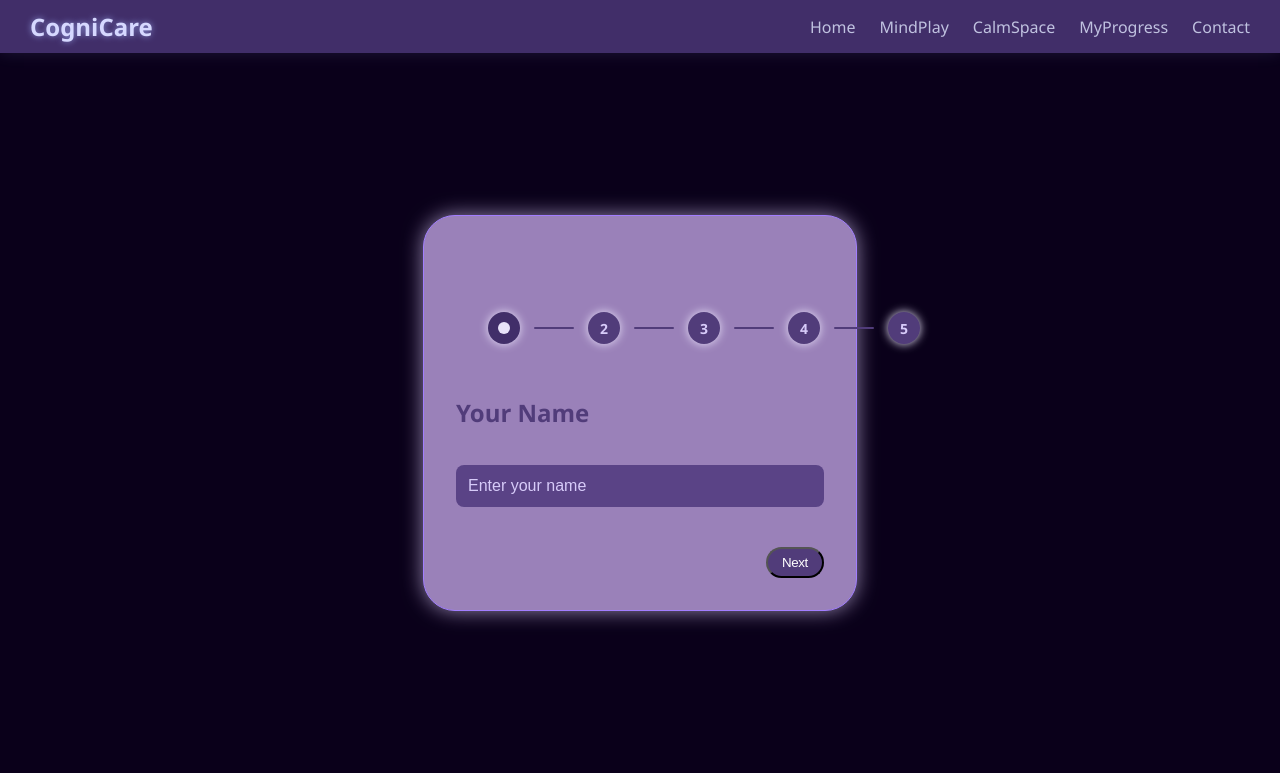
Repository: rujularaut/CogniCare
Page: /signup
These files come from the project's save history. The page is drawn as it stood at one moment and after a run of saves; the edit follows.
The browser window is 1280 px wide. The pictures show the whole page.
The project was rebuilt for these pictures with package versions that can differ from the ones it lists, and the page was loaded fresh each time. Also part of the build but not shown: src/components/Welcome.css, src/components/Welcome.js, src/components/Particles.css, src/components/Particles.js, src/components/Meditation.css, src/components/Meditation.js, src/components/Signup.css, src/components/Signup.js and 2 more.

Above is the page before, as saved 2025-06-24 15:30:49.

### src/App.js
import React from 'react';
import { BrowserRouter as Router, Routes, Route } from 'react-router-dom';
import './App.css';
import Welcome from './components/Welcome';
import Meditation from './components/Meditation';
import Signup from './components/Signup'; // ✅ Confirm this file exists
import Login from './components/Login';
import SignupStepper from './components/SignupStepper';

function App() {
  return (
    <Router>
      <div className="App">
        <nav>
          <div className="logo">CogniCare</div>
          <ul>
            <li><a href="/">Home</a></li>
            <li><a href="#">MindPlay</a></li>
            <li><a href="#">CalmSpace</a></li>
            <li><a href="#">MyProgress</a></li>
            <li><a href="#">Contact</a></li>
          </ul>
        </nav>

        <Routes>
          <Route path="/" element={
            <>
              <header>
                <h1>Welcome to CogniCare</h1>
                <p>Your mental health companion</p>
              </header>
              <Welcome />
              <Meditation />
            </>
          } />
          <Route path="/signup" element={<SignupStepper />} />
          <Route path="/signup" element={<Signup />} />
          <Route path="/login" element={<Login />} />
        </Routes>
      </div>
    </Router>
  );
}

export default App;

### src/App.css
body {
  margin: 0;
  padding: 0;
  font-family: 'Segoe UI', sans-serif;
  background-color: #0a001a;
  color: #d6d8ff;
}

nav {
  background-color: #412e69;
  color: #d6d8ff;
  display: flex;
  justify-content: space-between;
  align-items: center;
  padding: 10px 30px;
  box-shadow: 0 0 15px #a9b0ff20;
}

.logo {
  font-size: 24px;
  font-weight: bold;
  color: #d6d8ff;
  text-shadow: 0 0 6px #8b92d7;
}

nav ul {
  list-style: none;
  display: flex;
  gap: 24px;
  margin: 0;
  padding: 0;
}

nav ul li a {
  text-decoration: none;
  color: #c0c2e0;
  font-weight: 500;
  transition: color 0.3s ease;
}

nav ul li a:hover {
  color: #f7c258;
  text-shadow: 0 0 6px #a9b0ff;
}

header {
  background-color: #513c7a;
  padding: 5px;
  text-align: center;
  border-bottom: 6px solid #25003e;
}

h1 {
  margin-bottom: 10px;
  font-size: 45px;
  color: #d6d8ff;
  text-shadow: 0 0 10px #6c72ac;
}

p {
  font-size: 17px;
  color: #d6d8ff;
}

### src/components/SignupStepper.js
import React, { useState } from 'react';
import Stepper, { Step } from './Stepper';
import './SignupStepper.css';

const SignupStepper = () => {
  const [formData, setFormData] = useState({
    name: '',
    age: '',
    email: '',
    password: '',
  });

  const handleChange = (e) => {
    setFormData((prev) => ({ ...prev, [e.target.name]: e.target.value }));
  };

  return (
    <div className="signup-container">
      <Stepper
        initialStep={1}
        onFinalStepCompleted={() => console.log('Form complete', formData)}
        nextButtonText="Next"
        backButtonText="Back"
      >
        <Step>
          <h2>Your Name</h2>
          <input
            name="name"
            type="text"
            placeholder="Enter your name"
            value={formData.name}
            onChange={handleChange}
            required
          />
        </Step>
        <Step>
          <h2>Your Age</h2>
          <input
            name="age"
            type="number"
            placeholder="Enter your age"
            value={formData.age}
            onChange={handleChange}
            required
          />
        </Step>
        <Step>
          <h2>Email ID</h2>
          <input
            name="email"
            type="email"
            placeholder="Enter your email"
            value={formData.email}
            onChange={handleChange}
            required
          />
        </Step>
        <Step>
          <h2>Create Password</h2>
          <input
            name="password"
            type="password"
            placeholder="Create password"
            value={formData.password}
            onChange={handleChange}
            required
          />
        </Step>
        <Step>
          <h2>All Set!</h2>
          <p>Welcome, {formData.name} 🎉</p>
          <p>Already have an account? <a href="/login">Login here</a></p>
        </Step>
      </Stepper>
    </div>
  );
};

export default SignupStepper;

### src/components/Stepper.jsx
import React, { useState, Children, useRef, useLayoutEffect } from "react";
import { motion, AnimatePresence } from "framer-motion";

import "./Stepper.css";

export default function Stepper({
  children,
  initialStep = 1,
  onStepChange = () => { },
  onFinalStepCompleted = () => { },
  stepCircleContainerClassName = "",
  stepContainerClassName = "",
  contentClassName = "",
  footerClassName = "",
  backButtonProps = {},
  nextButtonProps = {},
  backButtonText = "Back",
  nextButtonText = "Continue",
  disableStepIndicators = false,
  renderStepIndicator,
  ...rest
}) {
  const [currentStep, setCurrentStep] = useState(initialStep);
  const [direction, setDirection] = useState(0);
  const stepsArray = Children.toArray(children);
  const totalSteps = stepsArray.length;
  const isCompleted = currentStep > totalSteps;
  const isLastStep = currentStep === totalSteps;

  const updateStep = (newStep) => {
    setCurrentStep(newStep);
    if (newStep > totalSteps) {
      onFinalStepCompleted();
    } else {
      onStepChange(newStep);
    }
  };

  const handleBack = () => {
    if (currentStep > 1) {
      setDirection(-1);
      updateStep(currentStep - 1);
    }
  };

  const handleNext = () => {
    if (!isLastStep) {
      setDirection(1);
      updateStep(currentStep + 1);
    }
  };

  const handleComplete = () => {
    setDirection(1);
    updateStep(totalSteps + 1);
  };

  return (
    <div className="outer-container" {...rest}>
      <div className={`step-circle-container ${stepCircleContainerClassName}`}>
        <div className={`step-indicator-row ${stepContainerClassName}`}>
          {stepsArray.map((_, index) => {
            const stepNumber = index + 1;
            const isNotLastStep = index < totalSteps - 1;
            return (
              <React.Fragment key={stepNumber}>
                {renderStepIndicator ? (
                  renderStepIndicator({
                    step: stepNumber,
                    currentStep,
                    onStepClick: (clicked) => {
                      setDirection(clicked > currentStep ? 1 : -1);
                      updateStep(clicked);
                    },
                  })
                ) : (
                  <StepIndicator
                    step={stepNumber}
                    disableStepIndicators={disableStepIndicators}
                    currentStep={currentStep}
                    onClickStep={(clicked) => {
                      setDirection(clicked > currentStep ? 1 : -1);
                      updateStep(clicked);
                    }}
                  />
                )}
                {isNotLastStep && (
                  <StepConnector isComplete={currentStep > stepNumber} />
                )}
              </React.Fragment>
            );
          })}
        </div>

        <StepContentWrapper
          isCompleted={isCompleted}
          currentStep={currentStep}
          direction={direction}
          className={`step-content-default ${contentClassName}`}
        >
          {stepsArray[currentStep - 1]}
        </StepContentWrapper>

        {!isCompleted && (
          <div className={`footer-container ${footerClassName}`}>
            <div className={`footer-nav ${currentStep !== 1 ? "spread" : "end"}`}>
              {currentStep !== 1 && (
                <button
                  onClick={handleBack}
                  className={`back-button ${currentStep === 1 ? "inactive" : ""}`}
                  {...backButtonProps}
                >
                  {backButtonText}
                </button>
              )}
              <button
                onClick={isLastStep ? handleComplete : handleNext}
                className="next-button"
                {...nextButtonProps}
              >
                {isLastStep ? "Complete" : nextButtonText}
              </button>
            </div>
          </div>
        )}
      </div>
    </div>
  );
}

function StepContentWrapper({ isCompleted, currentStep, direction, children, className }) {
  const [parentHeight, setParentHeight] = useState(0);

  return (
    <motion.div
      className={className}
      style={{ position: "relative", overflow: "hidden" }}
      animate={{ height: isCompleted ? 0 : parentHeight }}
      transition={{ type: "spring", duration: 0.4 }}
    >
      <AnimatePresence initial={false} mode="sync" custom={direction}>
        {!isCompleted && (
          <SlideTransition key={currentStep} direction={direction} onHeightReady={(h) => setParentHeight(h)}>
            {children}
          </SlideTransition>
        )}
      </AnimatePresence>
    </motion.div>
  );
}

function SlideTransition({ children, direction, onHeightReady }) {
  const containerRef = useRef(null);

  useLayoutEffect(() => {
    if (containerRef.current) onHeightReady(containerRef.current.offsetHeight);
  }, [children, onHeightReady]);

  return (
    <motion.div
      ref={containerRef}
      custom={direction}
      variants={stepVariants}
      initial="enter"
      animate="center"
      exit="exit"
      transition={{ duration: 0.4 }}
      style={{ position: "absolute", left: 0, right: 0, top: 0 }}
    >
      {children}
    </motion.div>
  );
}

const stepVariants = {
  enter: (dir) => ({
    x: dir >= 0 ? "-100%" : "100%",
    opacity: 0,
  }),
  center: {
    x: "0%",
    opacity: 1,
  },
  exit: (dir) => ({
    x: dir >= 0 ? "50%" : "-50%",
    opacity: 0,
  }),
};

export function Step({ children }) {
  return <div className="step-default">{children}</div>;
}

function StepIndicator({ step, currentStep, onClickStep, disableStepIndicators }) {
  const status = currentStep === step ? "active" : currentStep < step ? "inactive" : "complete";

  const handleClick = () => {
    if (step !== currentStep && !disableStepIndicators) onClickStep(step);
  };

  return (
    <motion.div onClick={handleClick} className="step-indicator" animate={status} initial={false}>
      <motion.div
        variants={{
          inactive: { scale: 1, backgroundColor: "#513c7a", color: "#d7cbf9" },
          active: { scale: 1, backgroundColor: "#412e69", color: "#d7cbf9" },
          complete: { scale: 1, backgroundColor: "#412e69", color: "#d7cbf9" },
        }}
        transition={{ duration: 0.3 }}
        className="step-indicator-inner"
      >
        {status === "complete" ? (
          <CheckIcon className="check-icon" />
        ) : status === "active" ? (
          <div className="active-dot" />
        ) : (
          <span className="step-number">{step}</span>
        )}
      </motion.div>
    </motion.div>
  );
}

function StepConnector({ isComplete }) {
  const lineVariants = {
    incomplete: { width: 0, backgroundColor: "transparent" },
    complete: { width: "100%", backgroundColor: "#5227FF" },
  };

  return (
    <div className="step-connector">
      <motion.div
        className="step-connector-inner"
        variants={lineVariants}
        initial={false}
        animate={isComplete ? "complete" : "incomplete"}
        transition={{ duration: 0.4 }}
      />
    </div>
  );
}

function CheckIcon(props) {
  return (
    <svg {...props} fill="none" stroke="currentColor" strokeWidth={2} viewBox="0 0 24 24">
      <motion.path
        initial={{ pathLength: 0 }}
        animate={{ pathLength: 1 }}
        transition={{ delay: 0.1, type: "tween", ease: "easeOut", duration: 0.3 }}
        strokeLinecap="round"
        strokeLinejoin="round"
        d="M5 13l4 4L19 7"
      />
    </svg>
  );
}

### src/components/SignupStepper.css
.signup-container {
background: linear-gradient(to bottom right,  #ecdffd);
  color: #513c7a;
  min-height: 100vh;
  display: flex;
  justify-content: center;
  align-items: center;
}

input {
  width: 100%;
  padding: 12px;
  margin-top: 1em;
  border-radius: 8px;
  border: none;
  font-size: 16px;
  background-color: #5a4386;
  color: #d7cbf9;
}

input::placeholder {
  color: #d7cbf9;
}

### src/components/Stepper.css
.outer-container {
  display: flex;
  min-height: 100%;
  flex: 1 1 0%;
  flex-direction: column;
  align-items: center;
  justify-content: center;
  padding: 1rem;
}

@media (min-width: 640px) {
  .outer-container {
    aspect-ratio: 4 / 3;
  }
}

@media (min-width: 768px) {
  .outer-container {
    aspect-ratio: 2 / 1;
  }
}

.step-circle-container {
  margin-left: auto;
  margin-right: auto;
  width: 100%;
  max-width: 27rem;
  border-radius: 2rem;
  box-shadow: 0 20px 25px -5px rgba(207, 178, 246, 0.1),
    0 10px 10px -5px rgba(210, 198, 248, 0.04);
  background-color: #9a81b9;  /* soft purple or your choice */
  border: 1px solid #a27eff;
  box-shadow: 0 0 20px #9284aa;
}

.step-indicator-row {
  display: flex;
  width: 100%;
  align-items: center;
  justify-content: flex-start; /* 🔁 this aligns them to the left */
  padding: 6rem 2rem 2rem 4rem; /* 🔧 adjust as needed: top, right, bottom, left */
  gap: 0.1rem; /* adds spacing between circles */
}


.step-content-default {
  position: relative;
  overflow: hidden;
}

.step-default {
  padding-left: 2rem;
  padding-right: 3.5rem;
}

.footer-container {
  padding-left: 2rem;
  padding-right: 2rem;
  padding-bottom: 2rem;
}

.footer-nav {
  margin-top: 2.5rem;
  display: flex;
}

.footer-nav.spread {
  justify-content: space-between;
}

.footer-nav.end {
  justify-content: flex-end;
}

.back-button {
  transition: all 350ms;
  border-radius: 9999px;
  padding: 0.25rem 0.5rem;
  color: #513c7a;
  cursor: pointer ;
}

.back-button:hover {
  color: #513c7a;
}

.back-button.inactive {
  pointer-events: none;
  opacity: 0.5;
  color: #513c7a;
}

.next-button {
  transition: all 350ms;
  display: flex;
  align-items: center;
  justify-content: center;
  border-radius: 9999px;
  background-color: #513c7a;
  color: #fff;
  font-weight: 500;
  letter-spacing: -0.025em;
  padding: 0.375rem 0.875rem;
  cursor: pointer;
}

.next-button:hover {
  background-color: #3c256a;
}

.next-button:active {
  background-color: #513c7a;
}

.step-indicator {
  position: relative;
  cursor: pointer;
  outline: none;
}

.step-indicator-inner {
  display: flex;
  height: 2rem;
  width: 2rem;
  align-items: center;
  justify-content: center;
  border-radius: 9999px;
  font-weight: 600;
  background-color: #46a451; /* neon blue */
  color:#e8e2f9;
  box-shadow: 0 0 10px #e8e2f9;
}

.active-dot {
  height: 0.75rem;
  width: 0.75rem;
  border-radius: 9999px;
  background-color: #e8e2f9;
}

.step-number {
  font-size: 0.875rem;
}

.step-connector {
  position: relative;
  margin-left: 0.8rem;
  margin-right: 0.8rem;
  height: 0.125rem;
  flex: 1;
  overflow: hidden;
  border-radius: 0.25rem;
  background-color: #513c7a;
}

.step-connector-inner {
  position: absolute;
  left: 0;
  top: 0;
  height: 100%;
}

.check-icon {
  height: 1.5rem;
  width: 1.5rem;
  color: #e8e2f9;
}

Loaded but not shown: public/index.html (common file); src/index.js (common file); src/index.css (common file)

After the next 2 saves:
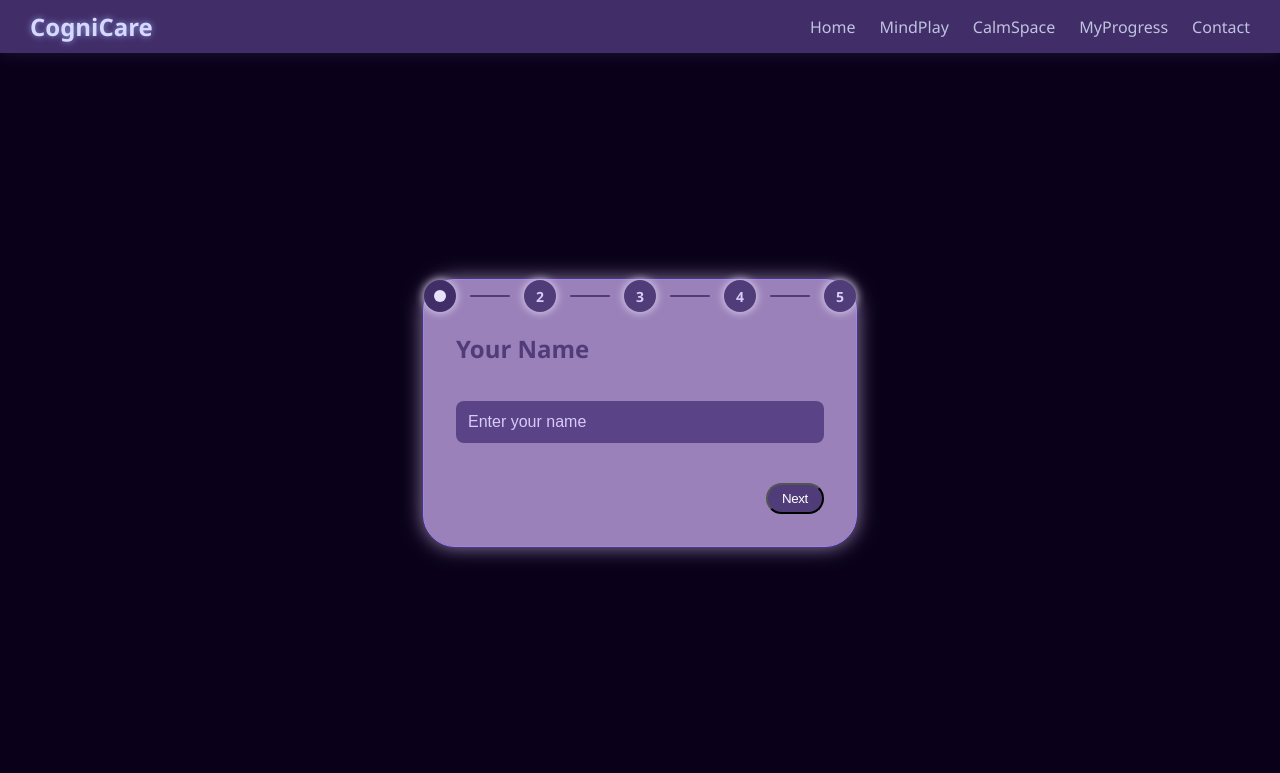
The 2 saves are shown as one change because they came seconds apart.
The last was saved 9 s later.
--- a/src/components/Stepper.css
+++ b/src/components/Stepper.css
@@ -38,7 +38,7 @@
   width: 100%;
   align-items: center;
   justify-content: flex-start; /* 🔁 this aligns them to the left */
-  padding: 6rem 2rem 2rem 4rem; /* 🔧 adjust as needed: top, right, bottom, left */
+  padding: rem 2rem 2rem 4rem; /* 🔧 adjust as needed: top, right, bottom, left */
   gap: 0.1rem; /* adds spacing between circles */
 }
 

After the save that followed:
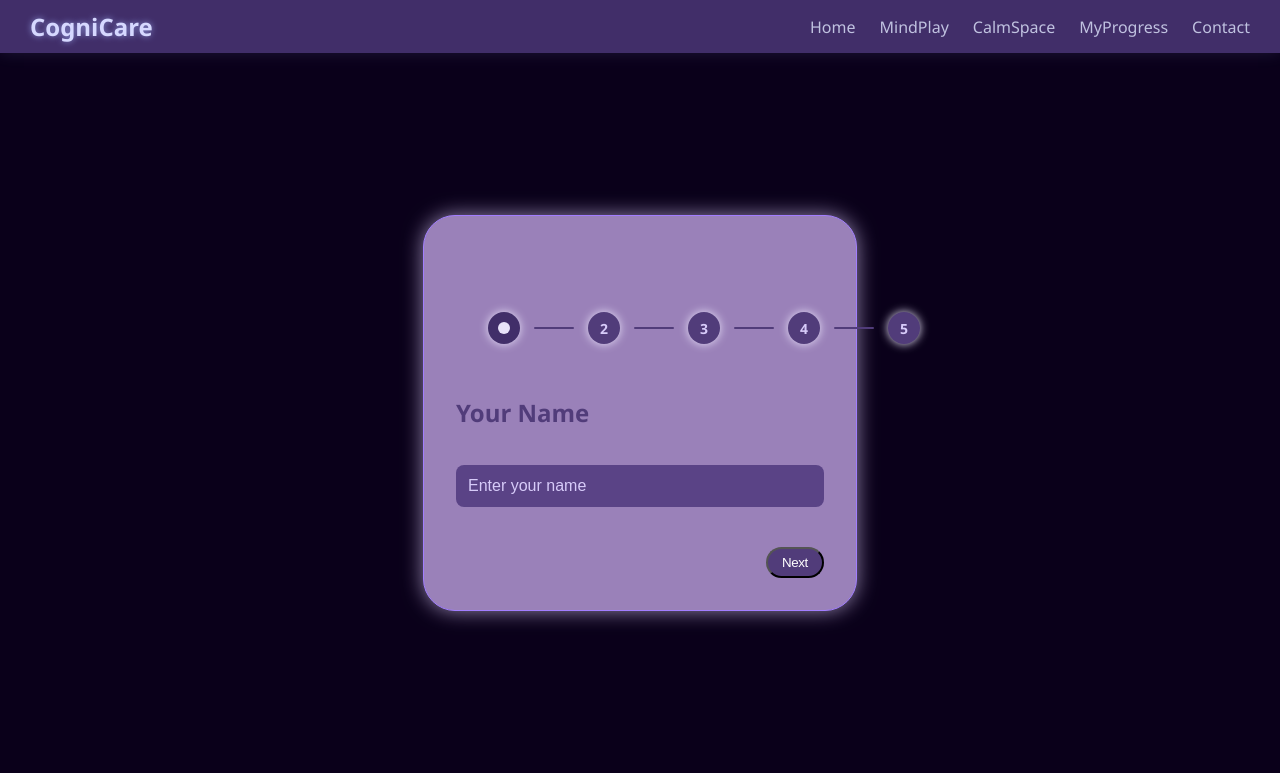
Saved 5 s later.
--- a/src/components/Stepper.css
+++ b/src/components/Stepper.css
@@ -38,7 +38,7 @@
   width: 100%;
   align-items: center;
   justify-content: flex-start; /* 🔁 this aligns them to the left */
-  padding: rem 2rem 2rem 4rem; /* 🔧 adjust as needed: top, right, bottom, left */
+  padding: 6rem 2rem 2rem 4rem; /* 🔧 adjust as needed: top, right, bottom, left */
   gap: 0.1rem; /* adds spacing between circles */
 }
 
